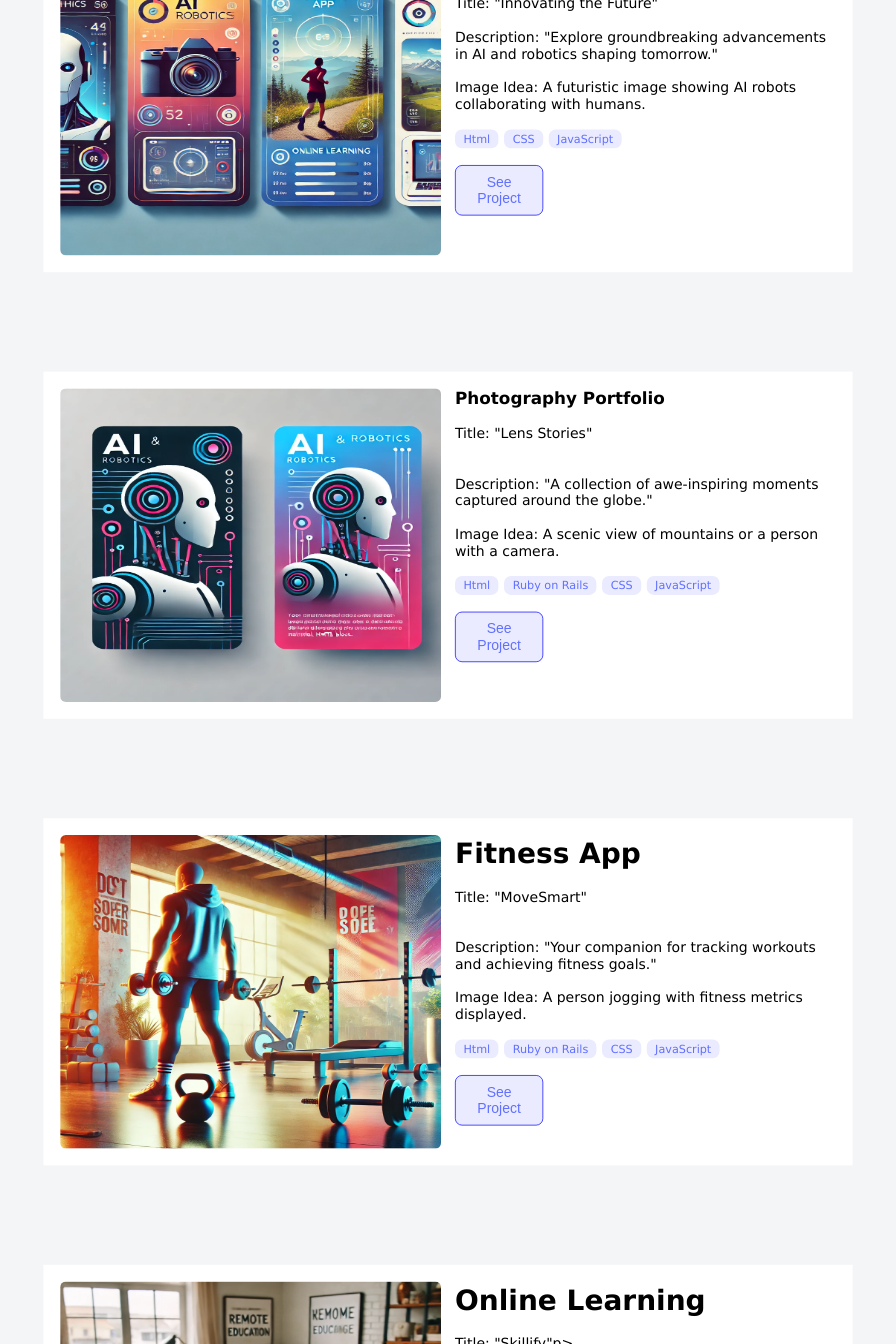
Repository: usman3123/portfolio-template-3
Page: portfolio.html
An editor plug-in stored every save of this project. The page is shown before and after the next save, followed by the edit.
The browser window is 1280 px wide. The pictures show the part of the page from y = 977 to 2897 px (the page is 3899 px tall), at 70% of full size.
Some web libraries are served in a nearby version.

Above is the page before, as saved 2025-01-25 15:20:07.
Not found: index.js

### portfolio.html
<!DOCTYPE html>
<html lang="en">
<head>
  <meta charset="UTF-8">
  <meta name="viewport" content="width=device-width, initial-scale=1.0">
  <title>project 2</title>
  <link rel="stylesheet" href="style.css">
  <link href='https://unpkg.com/boxicons@2.1.4/css/boxicons.min.css' rel='stylesheet'>
  <link rel="stylesheet" href="https://cdnjs.cloudflare.com/ajax/libs/font-awesome/6.6.0/css/all.min.css" integrity="sha512-Kc323vGBEqzTmouAECnVceyQqyqdsSiqLQISBL29aUW4U/M7pSPA/gEUZQqv1cwx4OnYxTxve5UMg5GT6L4JJg==" crossorigin="anonymous" referrerpolicy="no-referrer" />
  <link rel="stylesheet" href="https://cdnjs.cloudflare.com/ajax/libs/font-awesome/6.6.0/css/all.min.css" integrity="sha512-Kc323vGBEqzTmouAECnVceyQqyqdsSiqLQISBL29aUW4U/M7pSPA/gEUZQqv1cwx4OnYxTxve5UMg5GT6L4JJg==" crossorigin="anonymous" referrerpolicy="no-referrer" />

  <link rel="stylesheet" href="https://cdnjs.cloudflare.com/ajax/libs/font-awesome/6.7.2/css/all.min.css">
  <link rel="preconnect" href="https://fonts.googleapis.com">
<link rel="preconnect" href="https://fonts.gstatic.com" crossorigin>
<link href="https://fonts.googleapis.com/css2?family=Poppins:ital,wght@0,100;0,200;0,300;0,400;0,500;0,600;0,700;0,800;0,900;1,100;1,200;1,300;1,400;1,500;1,600;1,700;1,800;1,900&display=swap" rel="stylesheet">
</head>

<body>
<section class="webpage">
  <!-- Navbar -->

 <div class="hero-page">
  <div class="header-div">
    <nav class="nav-bar flex">
        <h4 class="nav-heading">My Logo</h4>
        <div class="nav-links flex">
            <a href="#myportfolio" class="link">Portfolo</a>
            <a href="myabout" class="link">About</a>
            <a href="mycontact" class="link" >Contact</a>
        </div>
        <i class="fa-solid fa-light fa-bars fa-xl " id="nav-icon"></i>
    </nav>
</div>

  <!-- Main Content -->
  <section id="myportfolio" class="hero-section flex">
    <div class="hero-content flex">
        <h1 class="hero-head"> I'm USMAN!
          Glad to see you.
      </h1>
      <p class="hero-p">
         I'm a software developer! I can help you build a product , feature or website Look through  some of my work and experience! If you like what you see and have a project you need coded, don’t hesitate to contact me.
      </p>
     <p class="let-connect"> LET'S CONNECT</p>

      <div class="icons flex">
          <img src="/assets/twitter.png" class="media-icon">
          <img src="assets/Linkedin.png" class="media-icon">
          <img src="assets/M.png" class="media-icon">
          <img src="assets/Github.png" class="media-icon">
          <img src="assets/V.png" class="media-icon">
      </div>
    </div>
  </section>

 </div>
  <!-- Cards Section -->

  <section class="cards flex">
    <div class="card flex">
      <img class="card-img" src="/assets/card-1img.webp" alt="CARD_!_IMG">
      <div class="card-content flex">
        <h2 class="card-head">Technology Blog</h2>
        <p class="content-p">Title: "Innovating the Future"</p>
        <p class="content-sp">Description: "Explore groundbreaking advancements in AI and robotics shaping tomorrow."</p>
        <p class="content-p">Image Idea: A futuristic image showing AI robots collaborating with humans.</p>
        <div class="languages flex">
          <p class="lang">Html</p>
          <p class="lang">CSS</p>
          <p class="lang">JavaScript</p>
        </div>
        <button class="content-btn">See Project</button>
      </div>
    </div>
    <div class="card flex">
      <img class="card-img" src="/assets/card-2img.webp" alt="CARD_!_IMG">
      <div class="card-content flex">
        <h2 id="photo-head">Photography Portfolio</h2>
        <p class="content-p">Title: "Lens Stories"<p>
        <p class="content-sp">Description: "A collection of awe-inspiring moments captured around the globe."</p>
        <p class="content-p">Image Idea: A scenic view of mountains or a person with a camera.
        </p>
        <div class="languages flex">
          <p class="lang">Html</p>
          <p class="lang">Ruby on Rails</p>
          <p class="lang">CSS</p>
          <p class="lang">JavaScript</p>
        </div>
        <button class="content-btn">See Project</button>
      </div>
    </div>
    <div class="card flex">
      <img class="card-img" src="/assets/card-3img.webp" alt="CARD_!_IMG">
      <div class="card-content flex">
        <h2 class="card-head">Fitness App</h2>
        <p class="content-p">Title: "MoveSmart"<p>
        <p class="content-sp">Description: "Your companion for tracking workouts and achieving fitness goals."</p>
        <p class="content-p">Image Idea: A person jogging with fitness metrics displayed.</p>
        <div class="languages flex">
          <p class="lang">Html</p>
          <p class="lang">Ruby on Rails</p>
          <p class="lang">CSS</p>
          <p class="lang">JavaScript</p>
        </div>
        <button class="content-btn">See Project</button>
      </div>
    </div>
    <div class="card flex">
      <img class="card-img" src="/assets/card-4img.webp" alt="CARD_!_IMG">
      <div class="card-content flex">
        <h2 class="card-head">Online Learning</h2>
        <p class="content-p">Title: "Skillify"p>
        <p class="content-sp">Description: "Join courses from world-class instructors and master new skills."</p>
        <p class="content-p">Image Idea: A laptop with an open notebook and a student studying.</p>
        <div class="languages flex">
          <p class="lang">Html</p>
          <p class="lang">Ruby on Rails</p>
          <p class="lang">CSS</p>
          <p class="lang">JavaScript</p>
        </div>
        <button class="content-btn">See Project</button>
      </div>
    </div>
  </section>


   <!-- ABOUT MYSELF -->

  <section id="myabout" class="about flex">

    <div class="about-intro flex">
      <h1 class="about-head">About Myself</h1>
      <p class="about-paragraph">Hello I'm a software developer! I can help you build a product , feature or website Look through some of my work and experience! If you like what you see and have a project you need coded, don't hesitate to contact me.</p>
        <p class="connect">Let's Connect</p>
        <div class="icons flex icon-gap">
          <img src="assets/twitter.png" class="twitter">
          <img src="assets/Linkedin.png" class="inimage">
          <img src="assets/M.png" class="mimage">
          <img src="assets/Github.png" class="tomimage">
          <img src="assets/V.png" class="protocol">
      </div>
      <button class="content-btn rsm-btn"> Get my resume</button>
    </div>

    <div class="about-skills flex">
      <div class="about-all flex">
        <p>Languages</p>
        <i class='bx bx-chevron-down'></i>
      </div>
      <div class="about-lang flex">
        <div class="about-lang-img flex">
          <i class="fa-brands fa-js" style="color: #ff0000;"></i>
          <p>JavaScript</p>
        </div>
        <div class="about-lang-img flex">
          <i class="fa-brands fa-html5" style="color: #FFD43B;"></i>
          <p>Html</p>

        </div>
        <div class="about-lang-img flex">
          <i class="fa-brands fa-css3-alt" style="color: #74C0FC;"></i>
          <p>css</p>
        </div>
      </div>
      <div class="about-all flex">
        <p> Frameworks</p>
        <i class='bx bx-chevron-right'></i>
      </div>
      <div class="about-all flex">
        <p>Skills</p>
        <i class='bx bx-chevron-right'></i>
        </div>
        </div>
        <!-- <div class="contact-section flex">
            <h4 class="contact-paragraph">I'm always interested in hearing about new projects, so if you'd like to chat please get in touch.</h4>
            <form action="submit-form" class="contact-form flex">
                <div class="names flex">
                    <input type="text" placeholder="Full name" class="first-name">
                    <input type="text" placeholder="last name" class="last-name">
      </div>
        <div class="contact-section flex">
            <h4 class="contact-paragraph">I'm always interested in hearing about new projects, so if you'd like to chat please get in touch.</h4>
            <form action="submit-form" class="contact-form flex">
                <div class="names flex">
                    <input type="text" placeholder="Full name" class="first-name">
                    <input type="text" placeholder="last name" class="last-name">
    </div> -->
  </section>

  <!-- Contact section -->

  <!-- <section id="mycontact" class="contact-section">
    <h1 class="contact-heading">Contact Me</h1>
    <p class="contact-description">
        If you have an application you are interested in developing, a feature that you need built, or a project that needs coding, I'd love to help with it!
    </p>
    <form class="contact-form">
        <input class="form-input" type="text" placeholder="Your Name">
        <input class="form-input" type="email" placeholder="Your Email">
        <textarea class="form-message" placeholder="Write your message here..."></textarea>
        <button class="form-button">Get in Touch</button>
    </form>

</section>

</main> -->
</section>

<script src="index.js"></script>
</body>
</html>

### style.css
*{
    margin: 0;
    padding: 0;
    box-sizing: border-box;
}

body {
    font-family: Verdana, Geneva, Tahoma, sans-serif;
    background-color: #f4f5f7;
    justify-content: center;
    display: flex
;
}

.flex {
    display: flex;
}

/* nav-bar */

.header-div {
    background-color: #3c3a39;
    width: 100%;
}

.nav-bar {
    justify-content: space-between;
    color: white;
    max-width: 1204px;
    align-items: center;
    padding: 10px 24px;
}

.nav-heading {
    font-size: 30px;
}

.nav-links {
    gap: 40px;
    align-items: center;
    font-size: 25px;
    display: none;
}
.nav-icon {
    display: flex;
    width: 24px;
}


/* hero-section */

.hero-page {
    background-color: white;
    border-bottom-left-radius: 190px;
    background-image: url(/assets/Header\ bg@2x.png);
    background-size: contain;
    max-height: 846px;
    background-position: center;
    background-repeat: no-repeat;
    max-width: 1440px;
}
.hero-section {
    height: 846px;
    align-items: center;
    justify-content: center;
    padding-left: 20%;
}
.hero-content {
    flex-direction: column;
    gap: 20px;
}
.hero-head {
    font-size: 48px;
    font-weight: 700;
    width: 35%;
}

.hero-p {
    font-size: 25px;
    line-height: 28px;
    color: #344563;

    width: 73%;
}

.let-connect {
    color: #1d32f7;
    font-size: 20px;
    font-weight: 500;
    line-height: 24px;
}

.media-icon {
    height: 35px;
}

.icons {
    gap: 10px;
}

.nav-head {
    max-width: 1440px;
    width: 100%;
}
.enable {
    color: blue;
}
.link {
    color: white;
    text-decoration: none;
}

/* card-section */

.cards {
    flex-direction: column;
    align-items: center;
    gap:142px;
    padding: 24px;
}
.card {
    background-color: white;
    max-width: 1156px;
    max-height: 496px;
    width: 100%;
    padding: 24px;
    gap: 20px;
}
.card-img {
    max-width: 544px;
    width: 50%;
    border-radius:8px ;
}

.card-content {
    flex-direction: column;
    gap: 24px;
}

.card-head {
    font-size: 40px;
    font-weight: 700;
    line-height: 52px;
}
#photo-content {
    font-size: 40px;
    font-weight: 700;
    line-height: 52px;
}
.content-p {
    font-size: 20px;
    font-weight: 400;
    line-height: 24px;
}
.content-sp {
    font-size: 20px;
    font-weight: 400;
    line-height: 24px;
}

.languages {
    gap: 8px;
    align-items: center;
}

.lang {
    padding: 4px 12px;
    color: #6070ff;
    background-color: #ebebff;
    border-radius: 10px;
}

.content-btn {
    max-width: 126px;
    width: 100%;
    padding: 4px 12px;
    color: #6070ff;
    background-color: #ebebff;
    border-radius: 10px;
    padding: 12px;
    border: 1px solid blue;
    font-size: 20px;
}

/* about-section */

.about {
    padding: 142px;
}

.about-intro {
    flex-direction: column;
    max-width: 447px;
    max-height: 311px;
    gap: 30px;
}

.about-head {
    font-size: 40px;
    font-weight: 700;
    line-height: 52px;
}
.about-paragraph {
    font-size: 16px;
    line-height: 24px;
}
.connect {
    color: #6070ff;
    font-size: 25px;
}









@media (max-width : 1100px) {
    .hero-head {
        width: 53%;
    }
    .card-head {
        font-size: 2rem;
    }
    #photo-head {
        font-size: 27px;
    }
    .content-p {
        font-size: 15px;
    }
    .content-sp {
        font-size: 15px;
        display: none;
    }
    .card-content {
        gap: 20px;
    }

}
@media (max-width :870px) {
    .card {
        flex-direction: column;
        max-height: 552px;
        padding: 16px;
    }
    .card {
        max-width: 327px;
    }

}
@media (max-width : 870px) {
    .hero-head {
        width: 100%;
    }
    .hero-section {
        padding: 24px;
    }
    .hero-p {
        width: 100%;
    }
    .card-img {
        width: 100%;
        height: 18vh;
    }
    .card-content {
        gap: 2px;
    }
}
@media (min-width : 700px) {
    .nav-links {
        display: flex;
    }
    #nav-icon {
        display: none;
    }

}
@media (min-width : 1441px) {
    .card-content {
        gap: 30px;
    }
}

After the next save:
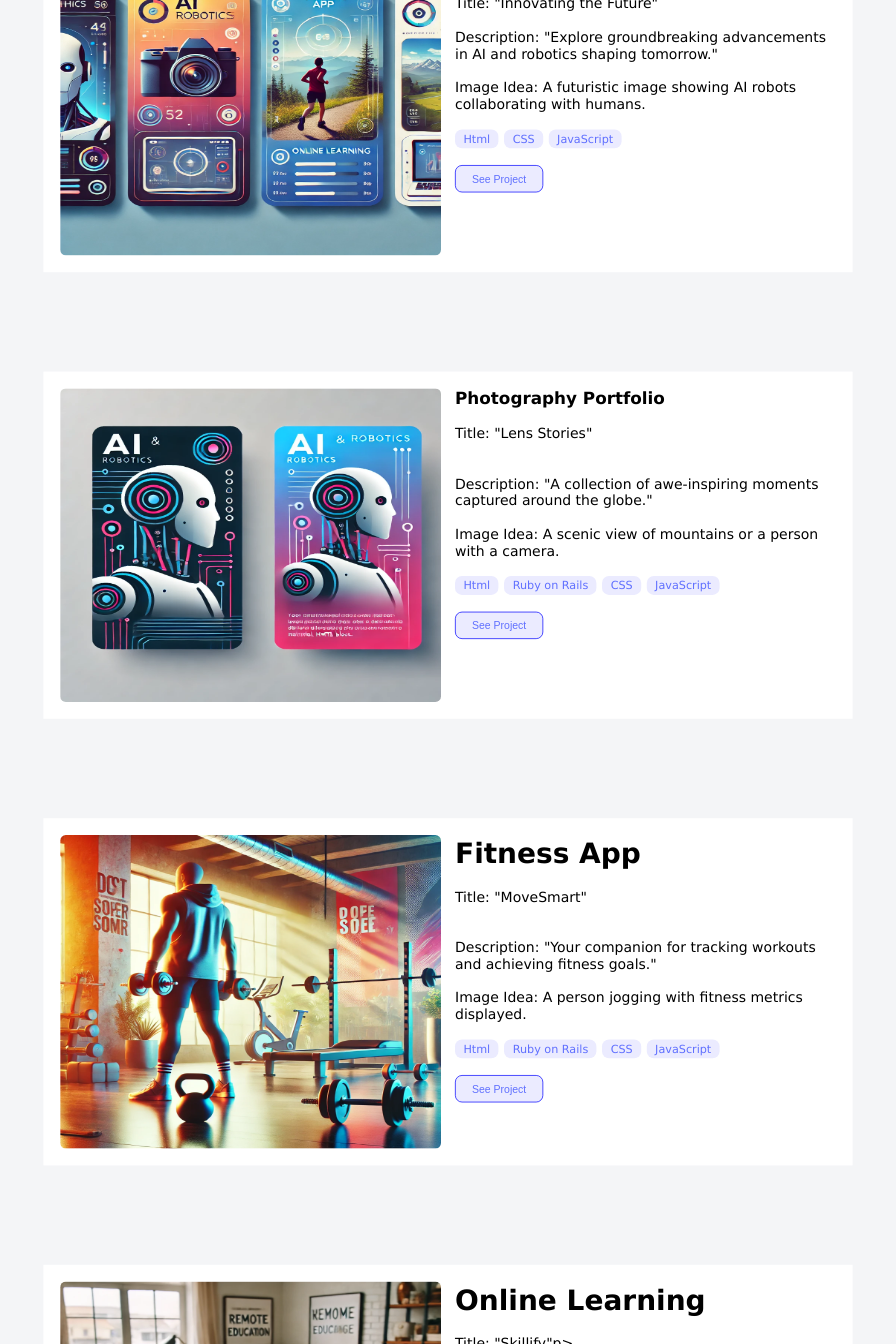
Saved 47 s later.
--- a/style.css
+++ b/style.css
@@ -177,9 +177,9 @@ body {
     color: #6070ff;
     background-color: #ebebff;
     border-radius: 10px;
-    padding: 12px;
+    padding: 10px;
     border: 1px solid blue;
-    font-size: 20px;
+    font-size: 15px;
 }
 
 /* about-section */
